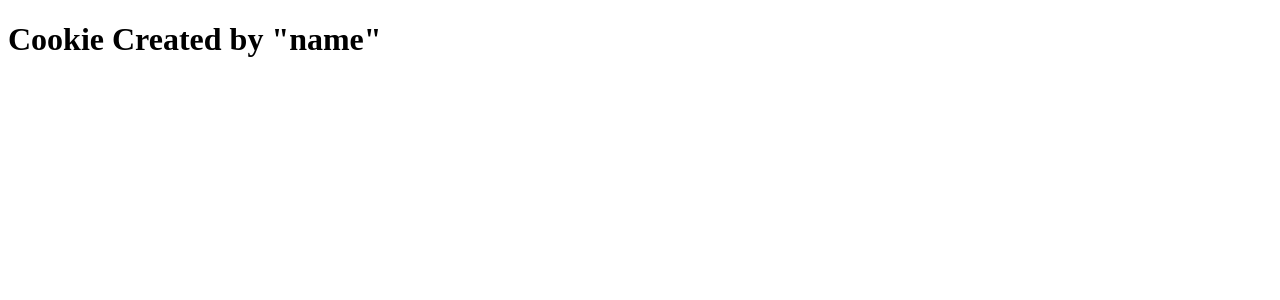
Repository: ramanagouda1001/TY_CG_HTD_BangaloreNovember_JFS_RamanagoudaB
Page: http://localhost/springmvc/createCookie.jsp
These files come from the project's save history. The page is drawn as it stood at one moment and after the next save; the edit follows.
The browser window is 1280 px wide. The pictures show the whole page.
The page is served by Tomcat 9.

Above is the page before, as saved 2019-12-23 05:25:37.

After the next save:
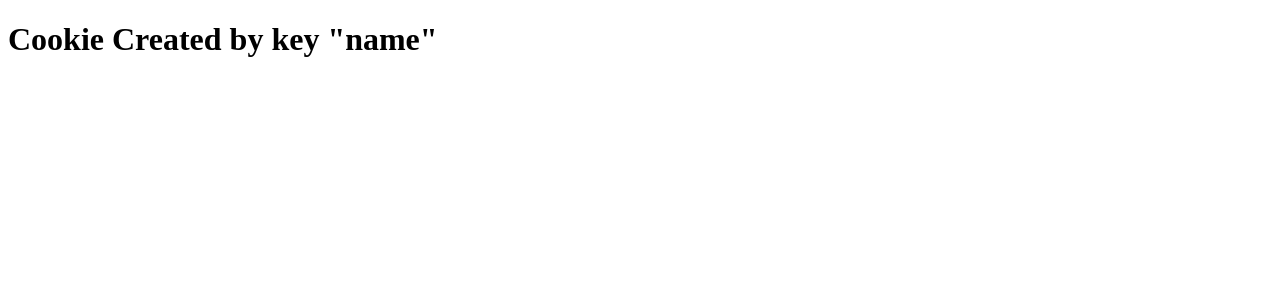
Saved 3 min 8 s later.
--- a/BackEnd/SpringMVC/springmvc/src/main/webapp/createCookie.jsp
+++ b/BackEnd/SpringMVC/springmvc/src/main/webapp/createCookie.jsp
@@ -7,6 +7,6 @@
 <title>Insert title here</title>
 </head>
 <body>
-	<h1>Cookie Created by "name"</h1>
+	<h1>Cookie Created by key "name"</h1>
 </body>
 </html>
